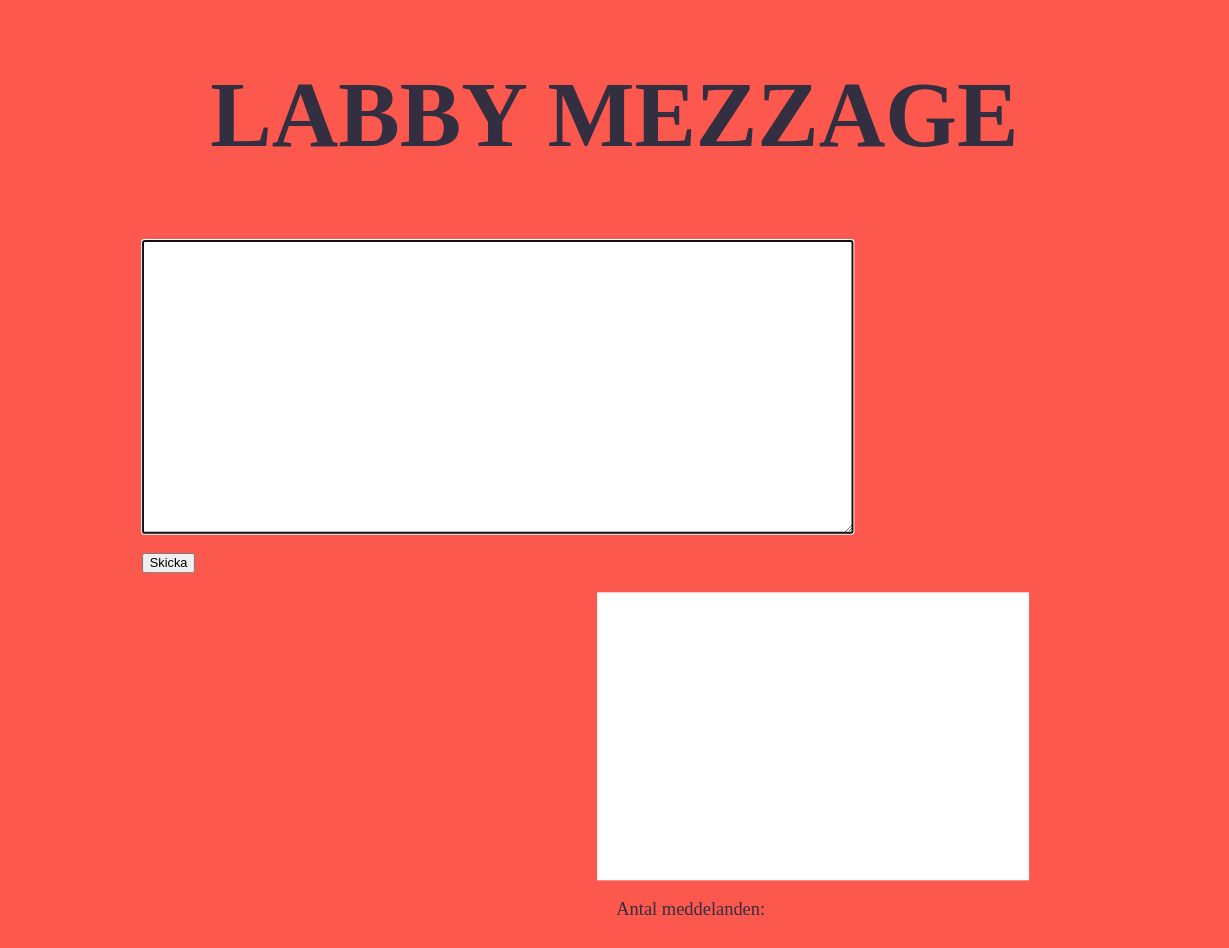
Repository: em222mt/1dv403-laborationer
Page: 2-labbymezzage/Index.html
The author's editor kept a record of every edit. The page is drawn from the files as they stood at one moment, then again after the next edit.
The browser window is 1280 px wide. The pictures show the whole page, at 96% of full size.

Above is the page before.

After the next edit:
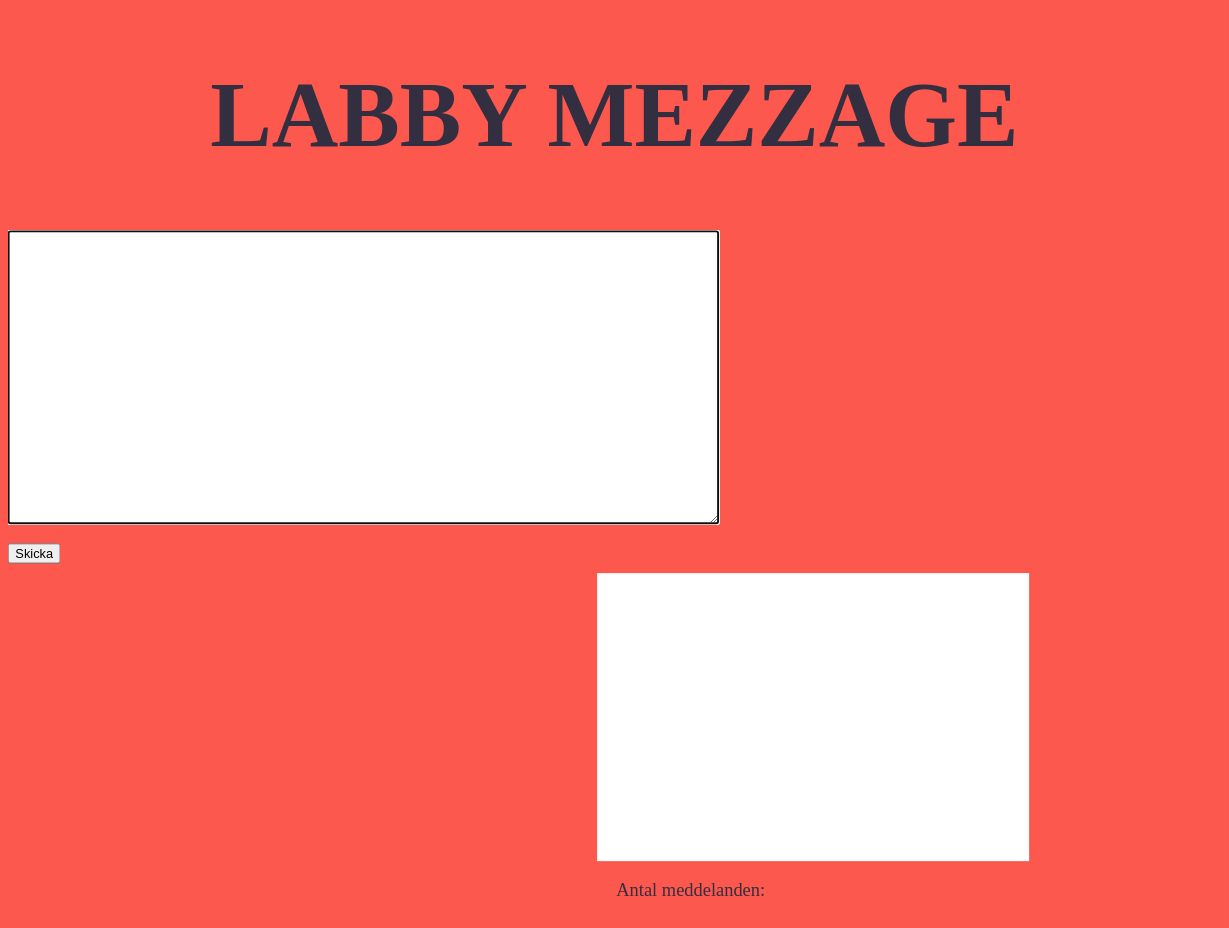
The edit:
--- a/2-labbymezzage/Index.html
+++ b/2-labbymezzage/Index.html
@@ -13,7 +13,7 @@
         <main>
             <div id="container">
                 <section id="mainsection">
-            		<form action="post" id="form">
+            		<form action="post" name="form">
                         <textarea id="formtext" cols="90" rows="20"></textarea>
                         <p id="value"></p>
                         <input id="send" type="button" value="Skicka" />
